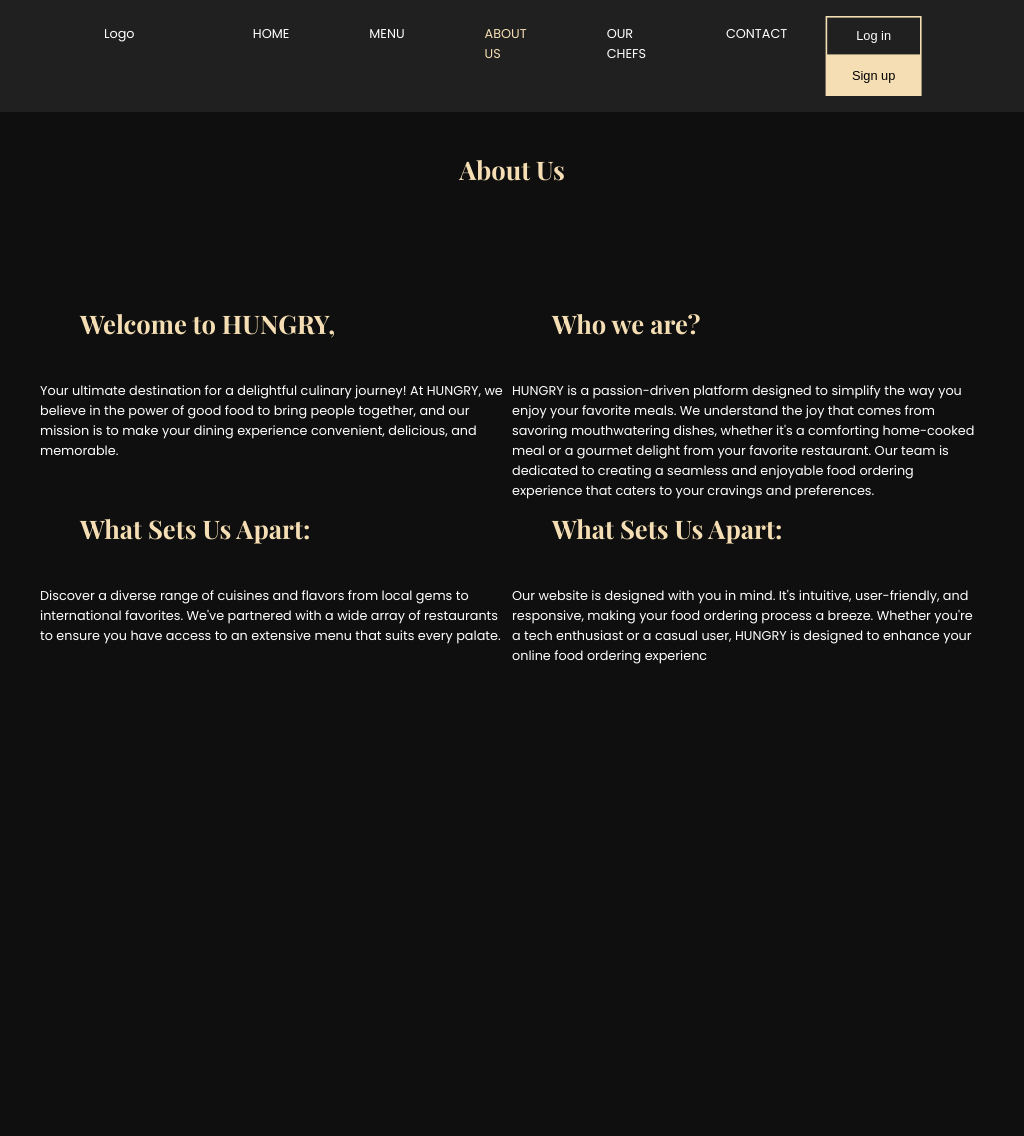
Repository: ThisIsSahaj/NSP
Page: about.html
An editor plug-in stored every save of this project. The page is shown before and after the next save, followed by the edit.
The browser window is 1280 px wide. The pictures show the whole page, at 80% of full size.

Above is the page before, as saved 2023-12-26 22:19:07.

After the next save:
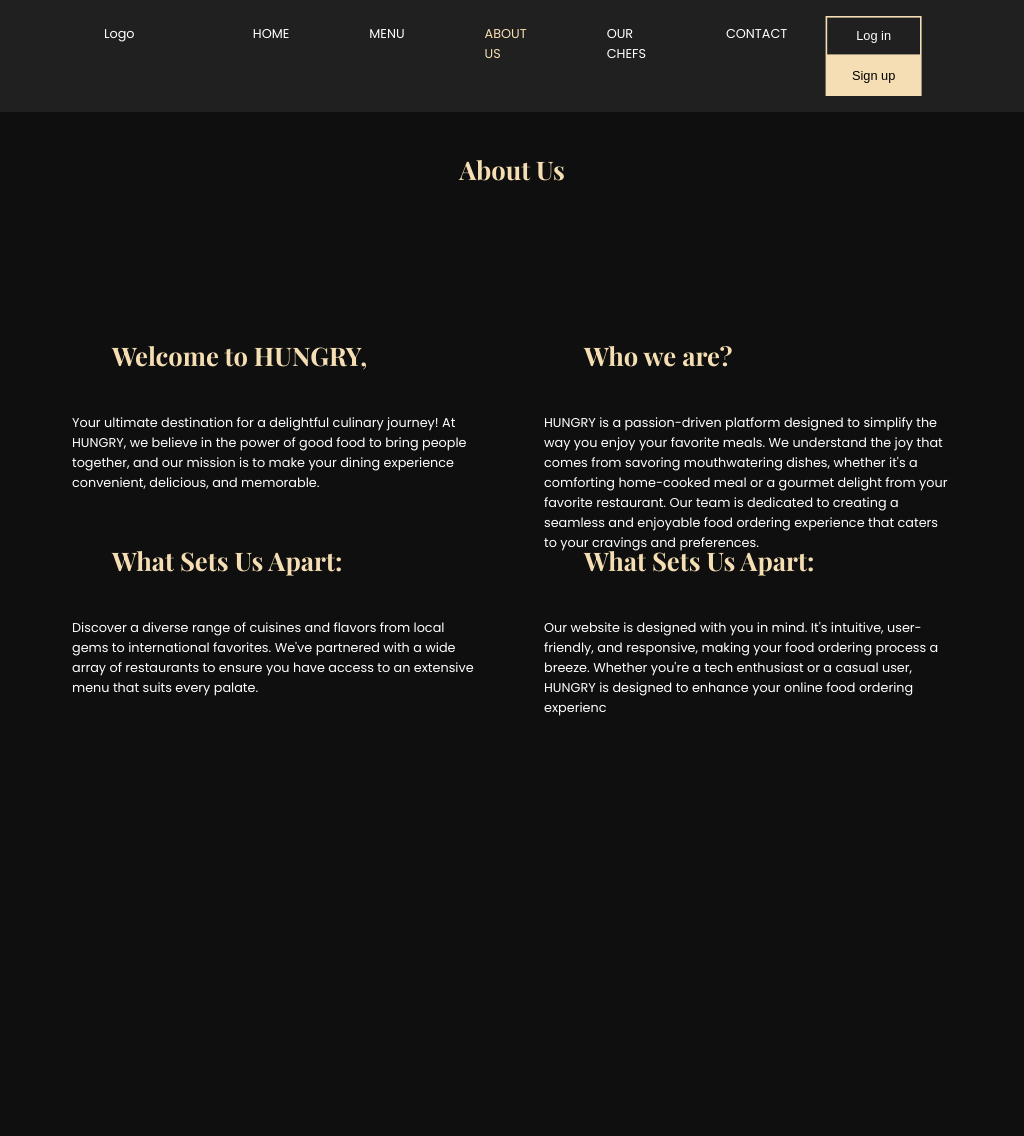
Saved 14 s later.
--- a/style.css
+++ b/style.css
@@ -185,6 +185,6 @@ align-items: center;
 
  .aboutBox div{
     width: 50%;
-
+    padding: 40px;
     height: 60%;
  }
